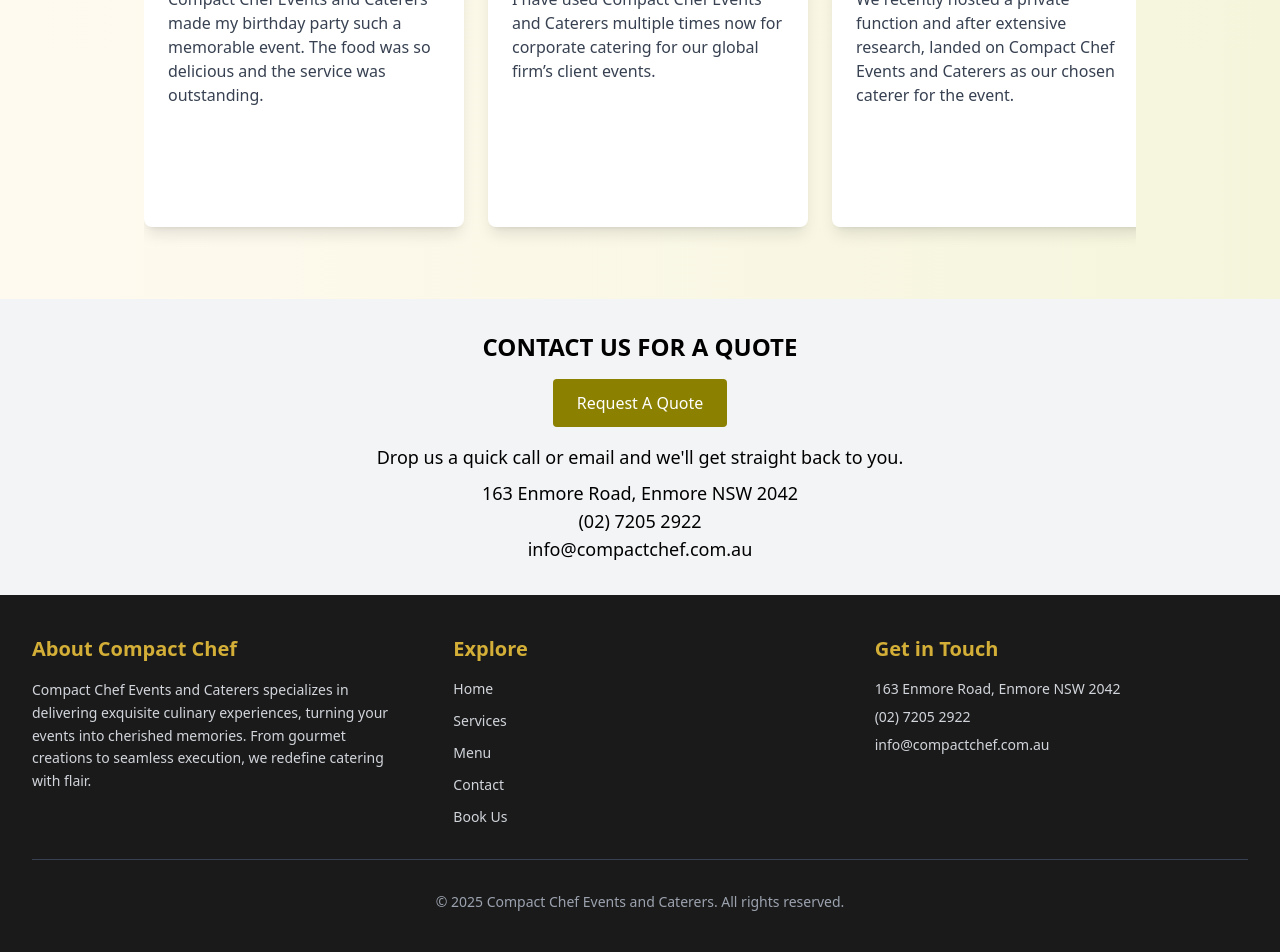
Repository: makanda596/compactchef
Page: /
The author's editor kept a copy of each file at every save. The page is drawn from the files as they stood at one save, then again after the next save.
The browser window is 1280 px wide. The pictures show the part of the page from y = 3001 to 3953 px (the page is 3953 px tall).
The project was rebuilt for these pictures with package versions that can differ from the ones it lists, and the page was loaded fresh each time. Also part of the build but not shown: src/pages/Services.jsx, src/pages/Menu.jsx, src/pages/Contact.jsx, src/pages/Book.jsx.

Above is the page before, as saved 2025-01-08 15:27:11.

After the next save:
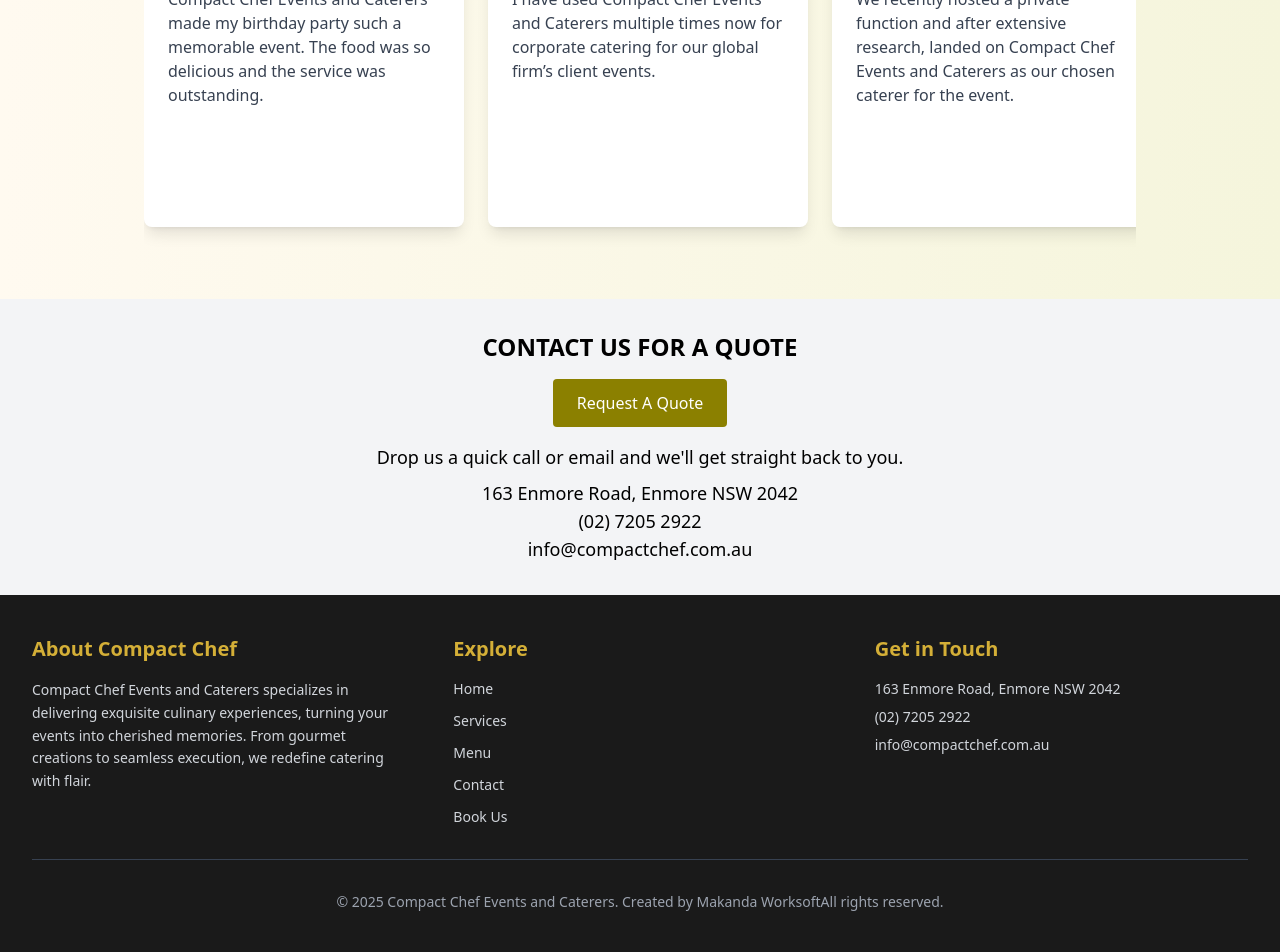
Saved 2 min 40 s later.
--- a/src/components/Footer.jsx
+++ b/src/components/Footer.jsx
@@ -61,10 +61,9 @@
                 {/* Divider */}
                 <div className="border-t border-gray-700 my-8"></div>
 
-                {/* Bottom Section */}
                 <div className="text-center">
                     <p className="text-sm text-gray-400">
-                        &copy; {new Date().getFullYear()} Compact Chef Events and Caterers. All rights reserved.
+                        &copy; {new Date().getFullYear()} Compact Chef Events and Caterers. Created by <a href="https://wa.me/+254742149060" target="_blank" rel="noopener noreferrer"> Makanda Worksoft</a>All rights reserved.
                     </p>
                 </div>
             </div>
